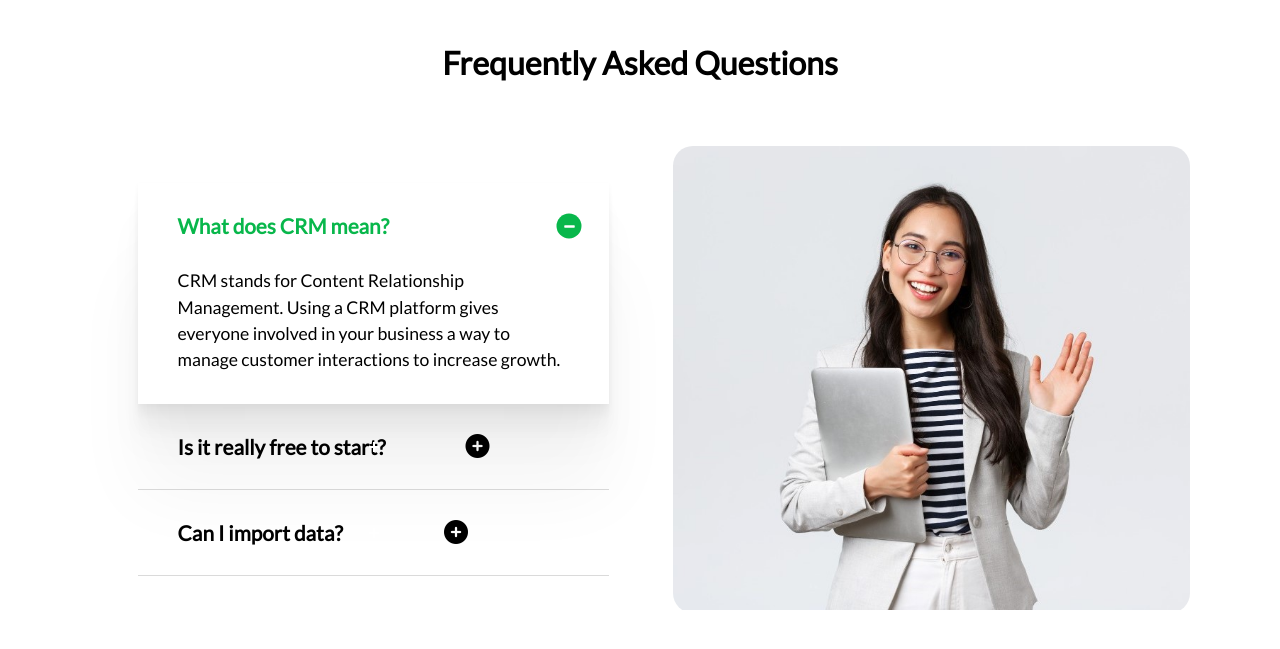
Repository: emiliaiwu/faq_component
Page: index.html
An editor plug-in stored every save of this project. The page is shown before and after the next save, followed by the edit.
The browser window is 1280 px wide. The pictures show the whole page.
Some icons come from a web library that is not loaded, so they are not drawn. Some web libraries are served in a nearby version.

Above is the page before, as saved 2022-12-13 20:48:56.

After the next save:
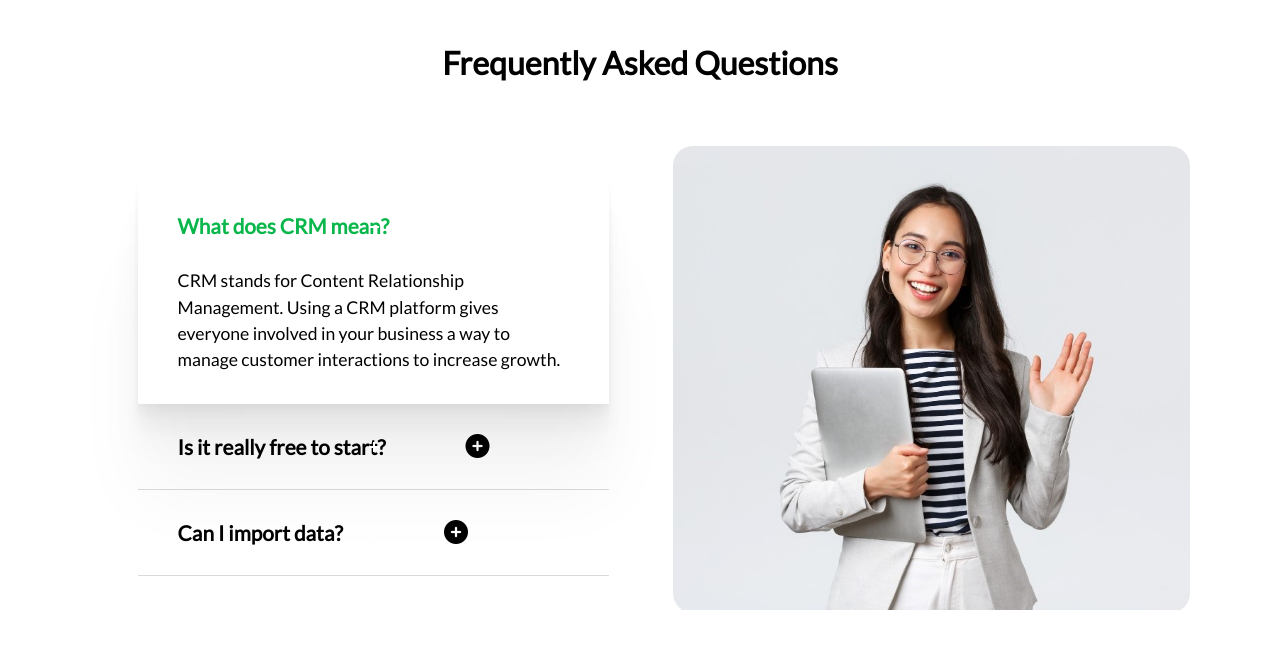
Saved 7 s later.
--- a/style.css
+++ b/style.css
@@ -129,20 +129,7 @@ img {
     display: inline;
 }
 
-.toggle-parent {
-    position: relative;
-}
-
- .toggle {
-    position: absolute;
-    width: 25px;
-    height: 25px;
-    border-radius: 25px;
-    background-color: black;
-    top: 50%;
-    left: 50%;
-    transform: translate(-50%, -50%);
-}
+
 
 
 .faq_content.active .toggle {

After the save that followed:
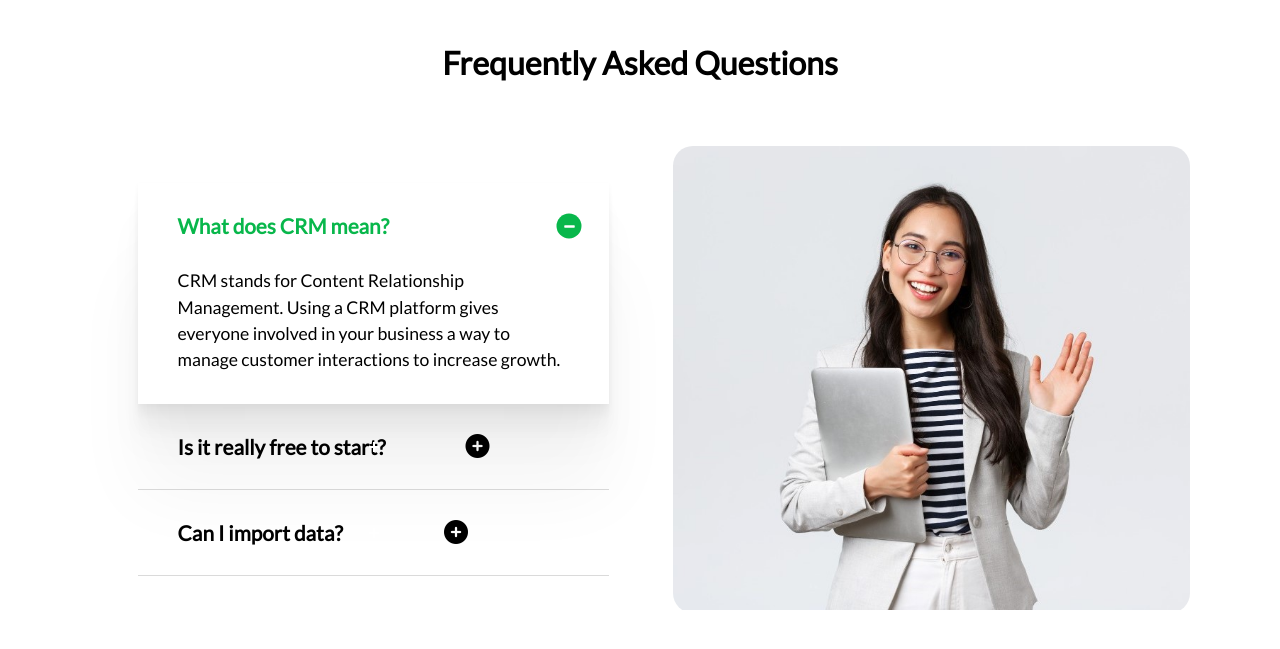
Saved 4 s later.
--- a/style.css
+++ b/style.css
@@ -99,6 +99,21 @@ img {
     transition: all .5s ease;
 
 
+}
+
+.toggle-parent {
+    position: relative;
+}
+
+ .toggle {
+    position: absolute;
+    width: 25px;
+    height: 25px;
+    border-radius: 25px;
+    background-color: black;
+    top: 50%;
+    left: 50%;
+    transform: translate(-50%, -50%);
 }
 
 
